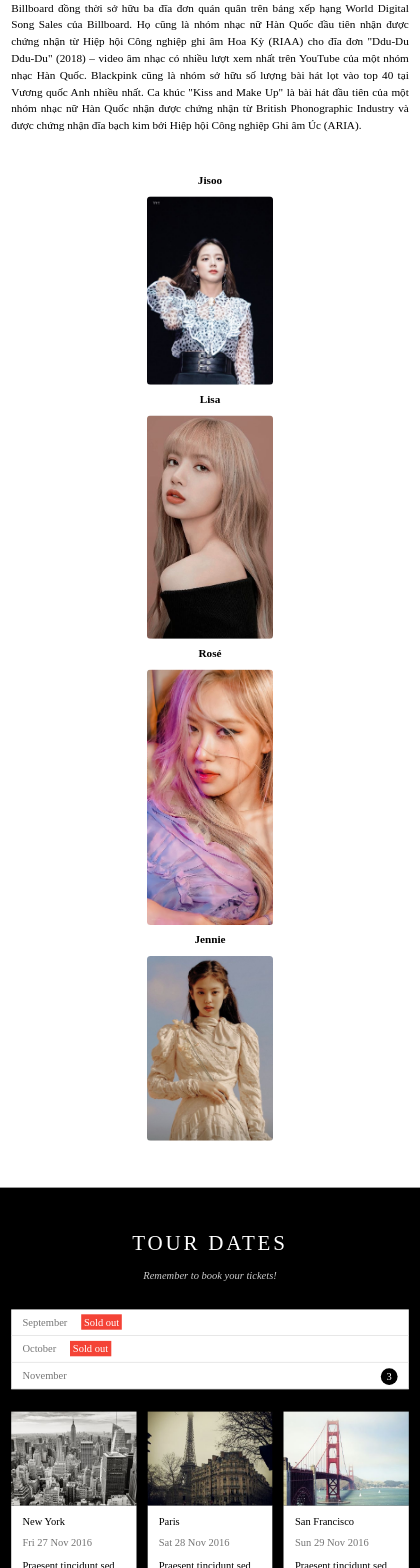
Repository: vanntrong/w3_band
Page: index.html
An editor plug-in stored every save of this project. The page is shown before and after the next save, followed by the edit.
The browser window is 600 px wide. The pictures show the part of the page from y = 722 to 2962 px (the page is 4098 px tall before and 4094 px after), at 70% of full size.

Above is the page before, as saved 2021-08-27 20:05:00.

After the next save:
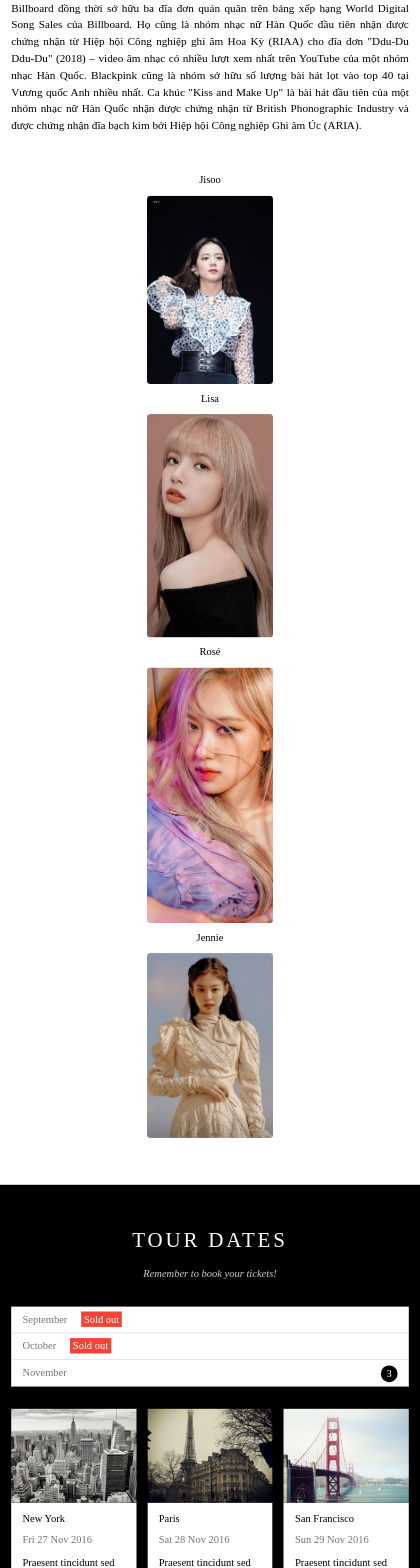
Saved 41 s later.
--- a/assest/css/responsive.css
+++ b/assest/css/responsive.css
@@ -39,9 +39,5 @@
 
   #content .member-name {
     padding-top: 10px;
-    font-size: 16px;
-    color: #000;
-    font-weight: bold;
-    line-height: inherit;
   }
 }
